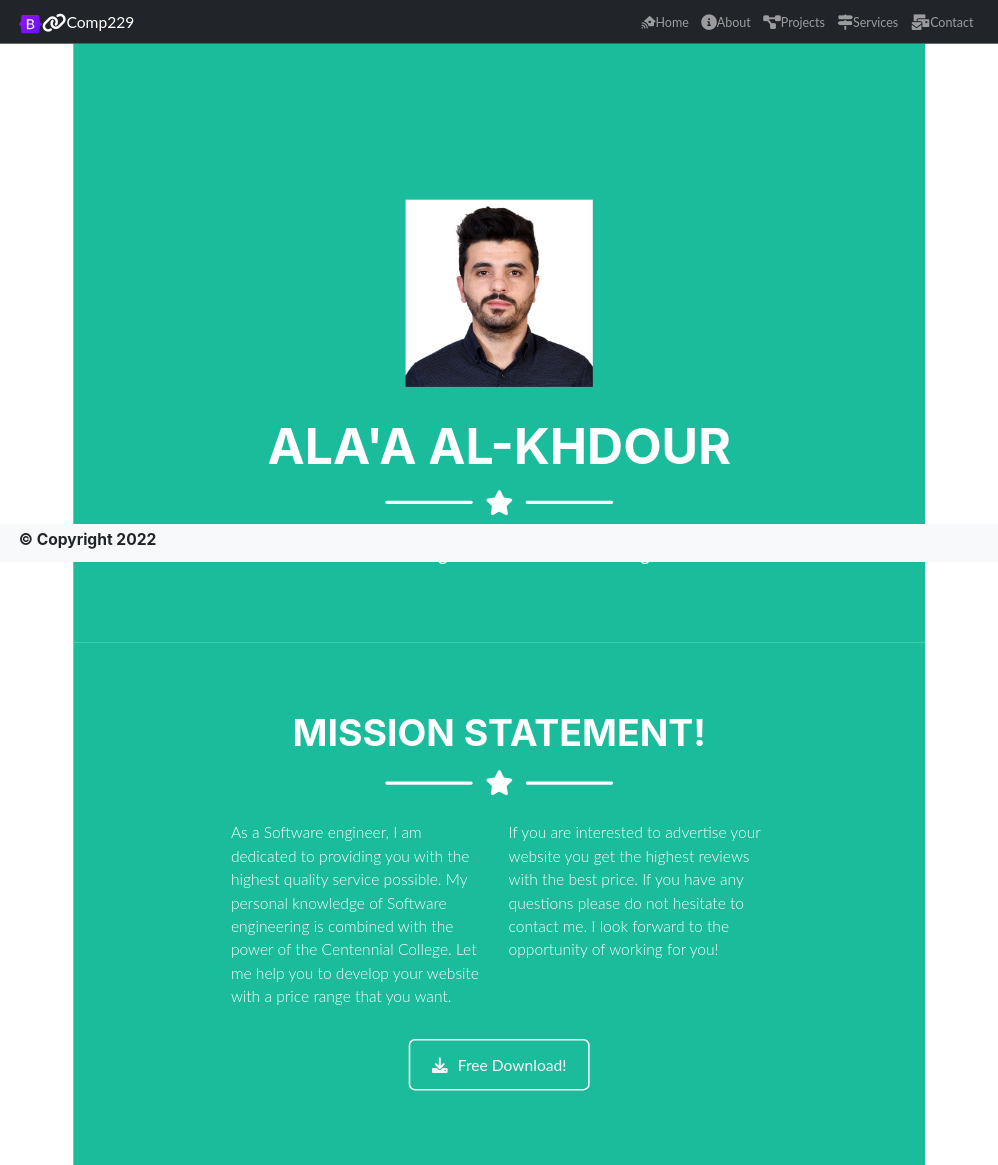
Repository: alaakhdour/heroukulivesite-section1
Page: http://localhost/
An editor plug-in stored every save of this project. The page is shown before and after the next save, followed by the edit.
The browser window is 1280 px wide. The pictures show the whole page, at 78% of full size.
The page is served by the project's Node server (server.js).

Above is the page before, as saved 2022-06-17 08:12:55.

After the next save:
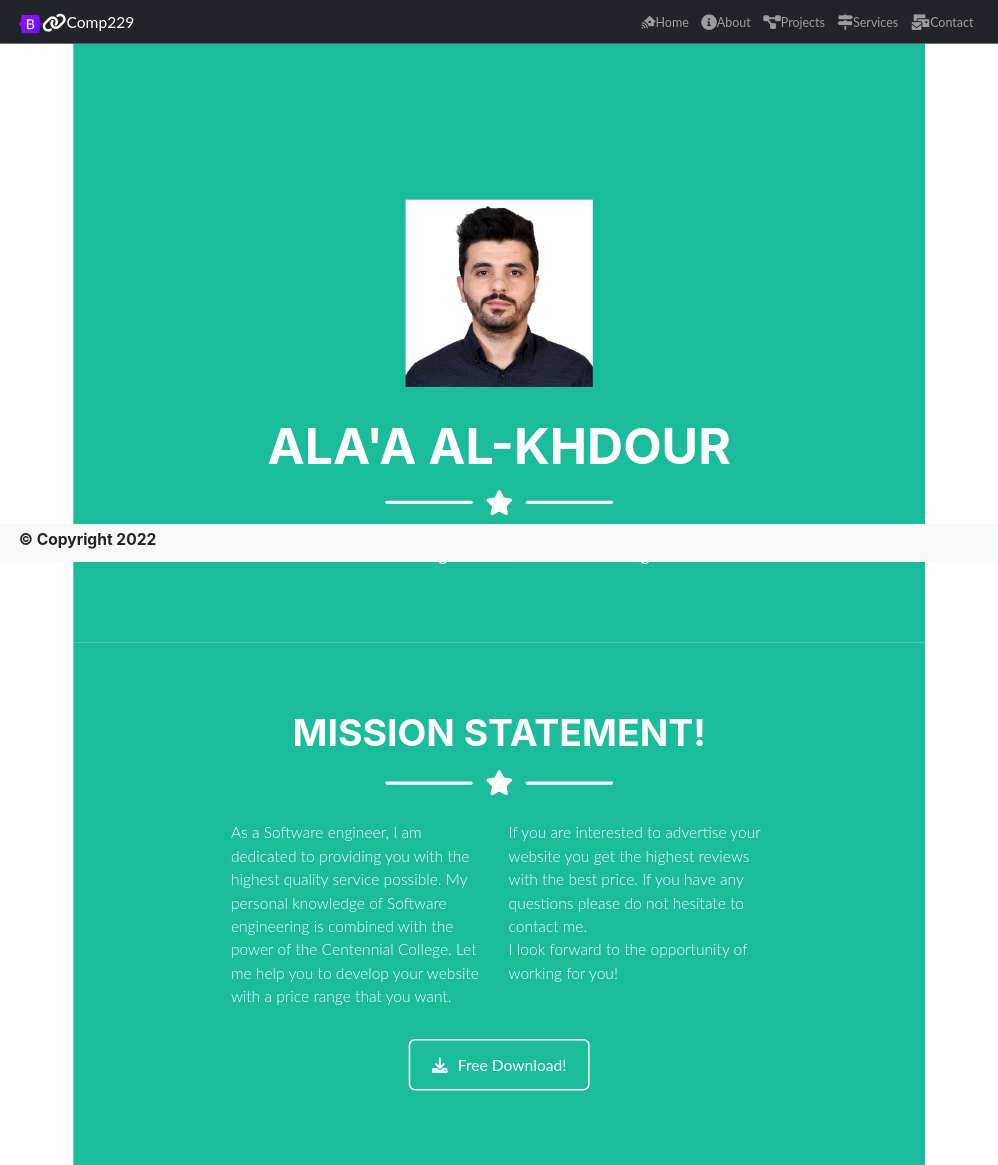
Saved 105 s later.
--- a/Server/Views/content/home.ejs
+++ b/Server/Views/content/home.ejs
@@ -33,7 +33,7 @@
                 <div class="col-lg-4 ms-auto"><p class="lead">As a Software engineer, I am dedicated to providing you with the highest quality service possible. My personal knowledge of Software engineering is combined with the power of the Centennial College.
                     Let me help you to develop your website with a price range that you want.</p></div>
                 <div class="col-lg-4 me-auto"><p class="lead"> If you are interested to advertise your website you get the highest reviews with the best price.
-                    If you have any questions please do not hesitate to contact me. I look forward to the opportunity of working for you!</p></div>
+                    If you have any questions please do not hesitate to contact me.<br> I look forward to the opportunity of working for you!</p></div>
             </div>
             <!-- About Section Button-->
             <div class="text-center mt-4">
